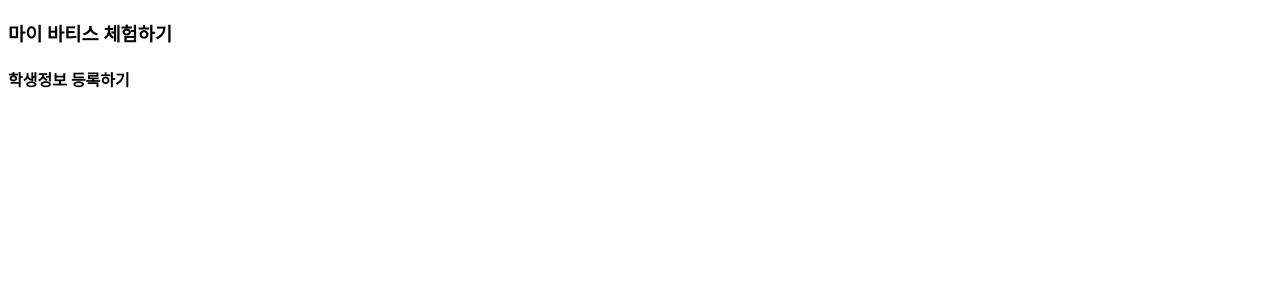
Repository: Jiwon-cho/Mybatis_Practice
Page: http://localhost/01_mybatis/
The author's editor kept a copy of each file at every save. The page is drawn from the files as they stood at one save, then again after the next save.
The browser window is 1280 px wide. The pictures show the whole page.
The page is served by Tomcat 9.

Above is the page before, as saved 2021-06-23 06:56:25.

After the next save:
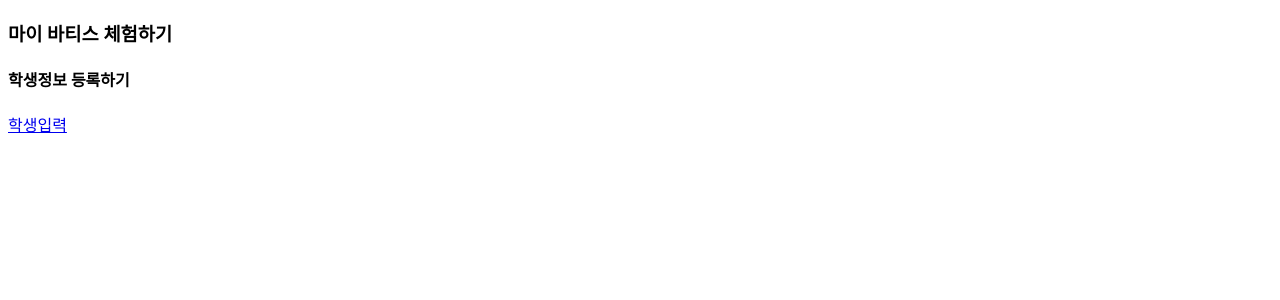
Saved 23 s later.
--- a/01_mybatis/web/index.jsp
+++ b/01_mybatis/web/index.jsp
@@ -13,6 +13,6 @@
 <body>
 	<h3>마이 바티스 체험하기</h3>
 	<h4>학생정보 등록하기</h4>
-
+	<a href="${path }/insertStudent">학생입력</a>
 </body>
 </html>
